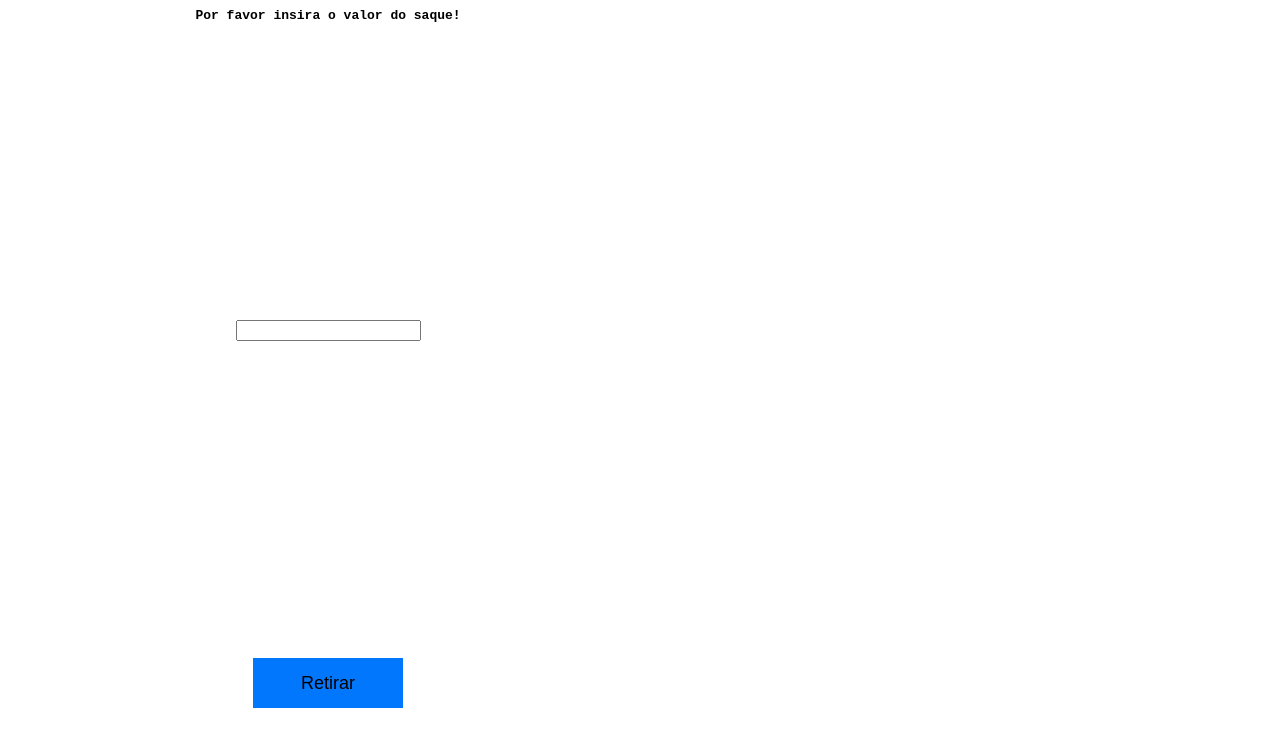
Repository: tkosudi/test-evlos
Page: index.html
These files come from the project's save history. The page is drawn as it stood at one moment and after a run of saves; the edit follows.
The browser window is 1280 px wide. The page is 1280 px wide, then 1288 px, so the pictures cover 1288 px, including what lies to the right of the window. The pictures show the whole page.

Above is the page before, as saved 2021-09-03 11:37:25.

### index.html
<!DOCTYPE html>
<html lang="en">
  <head>
    <meta charset="UTF-8" />
    <meta http-equiv="X-UA-Compatible" content="IE=edge" />
    <meta name="viewport" content="width=device-width, initial-scale=1.0" />
    <link rel="stylesheet" href="styles.css" />
    <title>Document</title>
  </head>
  <body>
    <button id="withdraw_button">Retirar</button>
    <input type="number" id="inputData" />

    <div id="count_withdraw"></div>
  </body>
  <script src="./withdraw.js"></script>
</html>

### styles.css
body {
  height: 100vh;
  width: 50vw;
  display: flex;
  align-items: center;
  justify-content: space-between;
  flex-direction: column-reverse;
  font-family: monospace;
}

button {
  margin: 20px 0;
  width: 150px;
  height: 50px;
  font-size: large;
  background: #0077fc;
  border: none;
}

span {
  font-weight: bold;
  color: black;
}

### withdraw.js
const bills = {
  100: 1,
  50: 3,
  20: 4,
  10: 1,
  5: 3,
  2: 12,
  1: 10,
};

let responseWithdrawBills = {
  100: 0,
  50: 0,
  20: 0,
  10: 0,
  5: 0,
  2: 0,
  1: 0,
};

const billsArray = Object.keys(bills)
  .reverse()
  .map((item) => parseInt(item));

let costumerBalance = 122.5;

const withdraw = (
  valorSaque,
  inputValue,
  withdrawBills = responseWithdrawBills
) => {
  if (inputValue <= 1) {
    return "Valor inválido! Saques à partir de R$1,00.";
  }

  if (valorSaque > costumerBalance) {
    return "Você não possui saldo para sacar este valor!";
  }

  if (valorSaque === 0) {
    const billValues = Object.keys(withdrawBills).filter((key) => {
      return withdrawBills[key] > 0;
    });

    let response = "Entregar ";
    for (let i = 0; i < billValues.length; i++) {
      response += `${withdrawBills[billValues[i]]} nota de R$${
        billValues[i]
      },00, `;
    }

    let res = response.slice(0, -2) + ".";

    for (let i = 0; i < billsArray.length; i++) {
      if (responseWithdrawBills[billsArray[i]] > 0) {
        responseWithdrawBills[billsArray[i]] = 0;
      }
    }
    return res;
  }

  for (let i = 0; i < billsArray.length; i++) {
    if (bills[billsArray[i]] > 0 && valorSaque >= billsArray[i]) {
      valorSaque -= billsArray[i];
      withdrawBills[billsArray[i]]++;
      costumerBalance -= billsArray[i];
      bills[billsArray[i]]--;
      return withdraw(valorSaque, withdrawBills);
    }
  }
};
// module.exports.withdraw = withdraw;
let response = document.getElementById("count_withdraw");
const span = document.createElement("span");
span.textContent = "Por favor insira o valor do saque!";
response.appendChild(span);

document.getElementById("withdraw_button").onclick = () => {
  document.getElementById("count_withdraw").innerHTML = "";
  let withdrawInputData = document.getElementById("inputData").value;
  span.textContent = withdraw(withdrawInputData, withdrawInputData);
  response.appendChild(span);
};

After the next 2 saves:
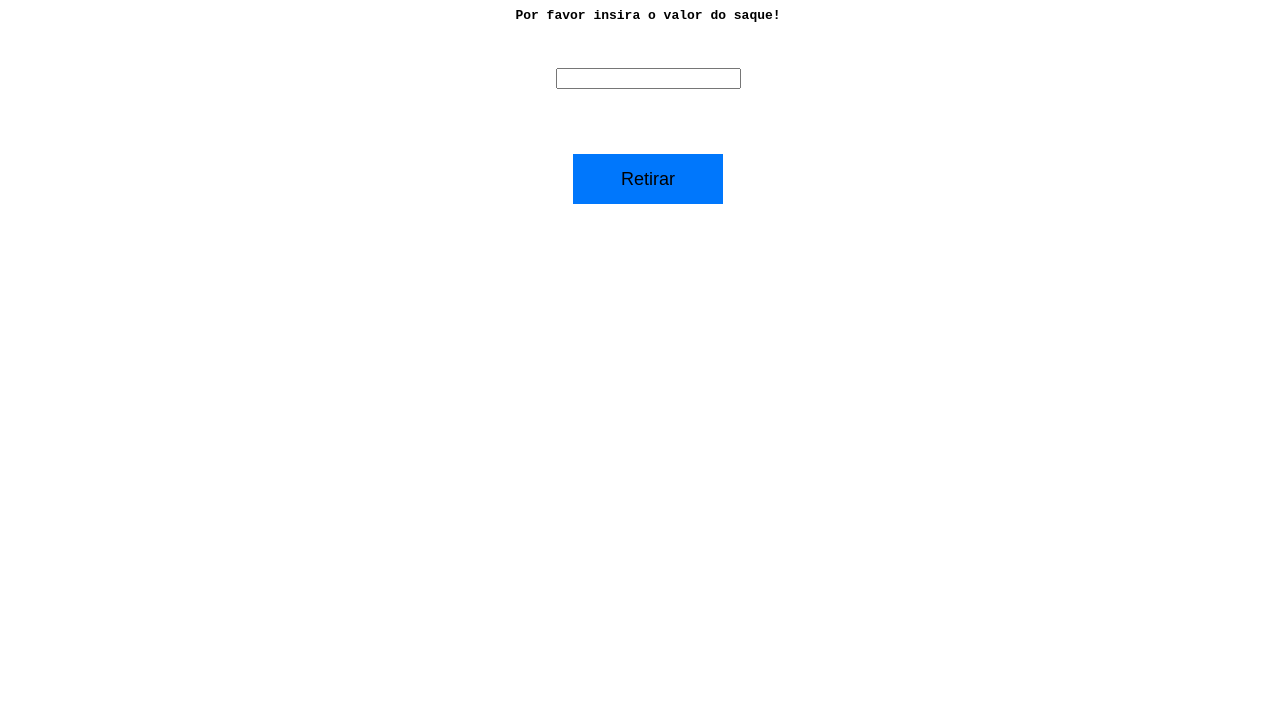
The 2 saves are shown as one change because they came seconds apart.
The last was saved 8 s later.
--- a/styles.css
+++ b/styles.css
@@ -1,6 +1,6 @@
 body {
-  height: 100vh;
-  width: 50vw;
+  height: 30vh;
+  width: 100vw;
   display: flex;
   align-items: center;
   justify-content: space-between;
